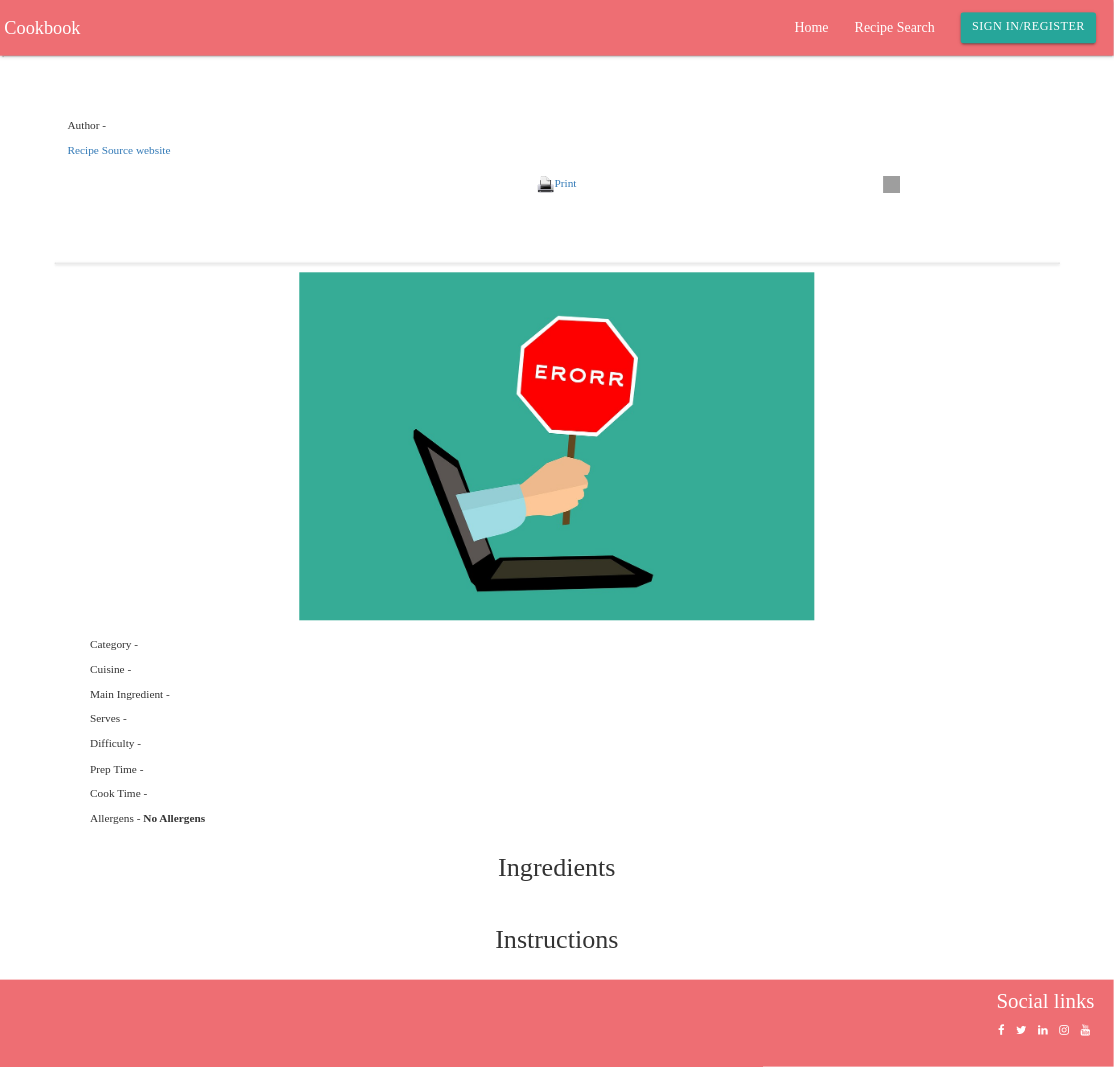
Repository: GrantMCA93/data-centric-dev-milestone-project
Page: templates/viewrecipe.html
The author's editor kept a record of every edit. The page is drawn from the files as they stood at one moment, then again after the next edit.
The browser window is 1280 px wide. The pictures show the whole page, at 87% of full size.
Pictures or frames that could not be fetched are drawn as grey boxes. Some web libraries are served in a nearby version. The template is drawn by Flask 3. The application's start-up code is not run. Other server files are loaded and not shown. The template is opened directly, without the code that normally fills it, so the values that code supplies are empty.

Above is the page before.

### templates/viewrecipe.html
{% extends 'base.html' %} {% block content %}
<div class="row">
    <div class="col-xs-12">

        <h3>{{recipe.recipe_name}}</h3>
        <p>Author - {{recipeauthor_name.username.title()}}</p>
        <a href="{{recipe.recipe_url}}">Recipe Source website </a>
    </div>
</div>
<!-- Print and Rate Recipe Features-->
<div class="row text-center utilities">
    {% if (recipe.author_name != session['userid']) and (session['isLoggedin'] == True)%}
    <!-- Recipe Rate Button -->
    <div class="col-xs-4">
        <form action="{{ url_for('update_vote', recipe_id=recipe._id) }}" method="POST" id="rateme" name="rateme">
            <button type="submit" title="Rate this recipe"><img
                                    src="{{ url_for('static', filename='img/recipes/likebutton.png')}}" style="height:20px; width:20px;" alt="Rate me">Rate</button>
        </form>
    </div>
    {% else %}
    <div class="col-xs-4"></div>
    {% endif %}
    <!-- Recipe Print Link -->
    <div class="col-xs-4">
        <a href="#" onclick="window.print();return false;" title="Print this recipe"><img
                                        src="{{ url_for('static', filename='img/recipes/print.png')}}" style="height:20px; width:20px;"  alt="Print"
                                        class="print">Print</a>
    </div>
    <!-- Recipe Votes Button -->
    <div class="col-xs-4">
        <img src="{{ url_for('static', filename='img/recipes/likebutton.png')}}" style="height:20px; width:20px;" alt="Rate me"><span id="vote_result">{{ recipe.votes }}</span>
    </div>
</div>

<!-- Rate Recipe Message -->
<div id="ratemeMessages" class="form-group mt-1 text-center" style="height:40px;"></div>
<!-- Recipe Information -->
<div class="row">
    <ul class="collapsible" data-collapsible="accordion">
        <div class="custommargin">
            <div class="col-xs-12">
                <!-- Recipe Image -->
                <div class="col-xs-12 imagepositionviewrecipe">
                    <img src="{{recipe.images}}" onerror="if (this.src != '/static/img/recipes/errorimage.jpg') this.src = '/static/img/recipes/errorimage.jpg';" style="max-width: 100%;height: auto;max-height: 400px;">
                </div>
            </div>
            <!-- Various Recipe Information  -->
            <div class="task_header col-xs-12">
                <br>
                <p>Category - <strong>{{recipe.recipe_category}}</strong></p>
                <p>Cuisine - <strong>{{recipe.cuisine}}</strong></p>
                <p>Main Ingredient - <strong>{{recipe.main_ingredient}}</strong></p>
                <p>Serves - <strong>{{recipe.serves}}</strong></p>
                <p>Difficulty - <strong>{{recipe.difficulty}}</strong></p>
                <p>Prep Time - <strong>{{recipe.prep_time}}</strong></p>
                <p>Cook Time - <strong>{{recipe.cook_time}}</strong></p>
                <p>Allergens - <strong>{% if recipe.allergens|length > 0 %}
                                                {% for allergens in recipe.allergens %}
                                                {{ allergens }}
                                                {% endfor %}
                                            {% else %}
                                                No Allergens
                                            {% endif %}</strong></p>
            </div>
            {% if session['isLoggedin'] and session['userid'] == recipe['author_name'] %}
            <div class="task_header col-xs-12" style="display: -webkit-inline-box;">
                <!-- Recipe Delete Button-->
                <form action="{{url_for('viewrecipe_delete_recipe', recipe_id=recipe._id)}}" method="POST" style="margin-right: 10px;">
                    <button type="submit" class="width100paddingbottom waves-effect waves-light btn btn_small ">Delete Recipe</button>
                </form>
                <!-- Recipe Edit Link -->
                <a href="{{url_for('edit_recipe', recipe_id=recipe._id)}}" class="width100paddingbottom waves-effect waves-light btn btn_small blue">Edit Recipe</a>
            </div>
            {% else %}
            <div></div>
            {% endif %}
            <!-- Recipe Ingredients -->
            <div class="task_header col-xs-12" id="myrecipes">
                <h2>Ingredients</h2>
                <div class="row" id="ingredients" style="text-align: center;">
                    {% if recipe.ingredients|length > 2 %} {% for ingredient_col in recipe.ingredients | slice(2) %}
                    <div class="col-xs-12 col-md-6">
                        <ul>
                            {% for ingredient in ingredient_col %}
                            <li>{{ingredient }}
                            </li>
                            {% endfor %}
                        </ul>
                    </div>
                    {% endfor %} {% endif %}
                </div>
            </div>
            <!-- Recipe Instructions -->
            <div class="task_header col-xs-12" id="instructions">
                <h2>Instructions</h2>
                <ol>
                    {% for instruct in recipe.instructions %}
                    <div class="instuctions-line">
                        <li>{{ instruct }}</li>
                    </div>
                    {% endfor %}
                </ol>
            </div>
        </div>
</ul>
</div>
</div>
{% endblock %}

### static/css/style.css
/*------ Font Size and styles for all pages ------*/
body{
    font-size: 13px !important;
    font-family: cursive !important;
}

ul{
    font-size: 13px !important;
}

h2{
   display: flex;
    justify-content: center;

}

/*------ Custom Button Parameters ------*/

.btn{
        padding: 6px 12px !important;
    padding-top: 6px !important;
    padding-right: 12px !important;
    padding-bottom: 6px !important;
    padding-left: 12px !important;
}



.btn_small{
    height: 24px;
    width: 60px;
    line-height: 24px;
    margin: 5px 5px;
    padding: 0 0.5em;
}

/*------ Custom Margins ------*/

.custommargin {
    margin: 10px 25px 10px 25px;
}


/*------ View Recipe Image Position ------*/

.imagepositionviewrecipe{
    display: flex;
    justify-content: center;
}


/*------ Navbar Link fonts ------*/

.desktopnavfont{
    font-size: 16px;
}

/*----- Override materialize modal styles -----*/
.modal {
     background-color: transparent;
     max-height: none;
     width: auto;
}

/*------ Custom Right amd left Margins ------*/

.marginrightleft5px{
    margin-left: 5px;
    margin-right: 5px;
}
 .marginrightleft10px{
     margin-left: 10px;
    margin-right: 10px;
 }

/*------ RECIPESEARCH page  Custom View Recipe Buttom ------*/

.viewrecipebutton{
    color: white;
}


.viewrecipebuttonmargin{
    margin-left: 15px;
    margin-right: 15px;
}


/*------ RECIPESEARCH page  remove dropdown menu second arrow  ------*/

.select-wrapper span.caret {
    color: initial;
    position: absolute;
    right: 0;
    top: 0;
    bottom: 0;
    height: 10px;
    margin: auto 0;
    font-size: 0px;
    line-height: 10px;
}



/*------ VIEWRECIPE page custom edit and recipe button  ------*/

.width100paddingbottom{
    width: 100%;
    padding-bottom: 24px !important;
}

/*------ MYRECIPES page keeps myrecipe information table inline on mobile devices  ------*/

@media (max-width: 992px){
.d-none {
    display: none!important;
}
}

/*------ MYRECIPES page center text within my recipe table  ------*/

.center-text{
    text-align: center!important;
}

/*------ MYRECIPES page center Buttoms within my recipe table  ------*/
@media (min-width: 992px){
.manage-recipe-buttons{
    display: flex;

    }
}

@media (max-width: 992px){
.manage-recipe-buttons{
    display: flex;
    margin-left: 25% !important;
    margin-right: 25% !important;

    }
}

/*------ Customized colour of rated heart symbol  ------*/

.fa-heart:before {
    color: red;
}

/*----- Homepage (index) background -----*/


.pizza-wallpaper {
  /*----- The image used -----*/
  background-image: url("/static/img/recipes/pizza-wallpaper.jpeg");

  /*----- Image height -----*/
  min-height: 500px;
    height: 80%;
  /*----- Center and scale the image nicely -----*/
  background-position: center;
  background-repeat: no-repeat;
  background-size: cover;
}

/*----- Homepage (index) background text size on large screens -----*/
@media (min-width: 768px){
.homepageheading {
    font-size: 40px;
    }
}

@media (min-width: 768px){
.homepageparagraph {
    font-size: 30px;
    }
}


/*----- Footer -----*/
.footer {
    bottom: 0;
    height: 100px;
    font-size: x-large;
    overflow: hidden;
    z-index: 110;
    position: inherit;
    background: #141414;
    padding: 12px 7px 10px;
    color: white;
    width: 100%;
    border: none;
    margin: 0px;
    background-color: #ee6e73;
    text-align: right;
}

.fa {
    display: inline-block;
    font: normal normal normal 14px/1 FontAwesome;
    font-size: inherit;
    text-rendering: auto;
    -webkit-font-smoothing: antialiased;
    -moz-osx-font-smoothing: grayscale;
}

.footer-icon-color{
 color: white;
}

.footer-icons-size{
    font-size: x-large !important;
}

Loaded but not shown: static/js/cookbookcustom_script.js (200 lines, source omitted); static/js/counter.js (19 lines, source omitted); templates/base.html (253 lines, source omitted)

After the next edit:
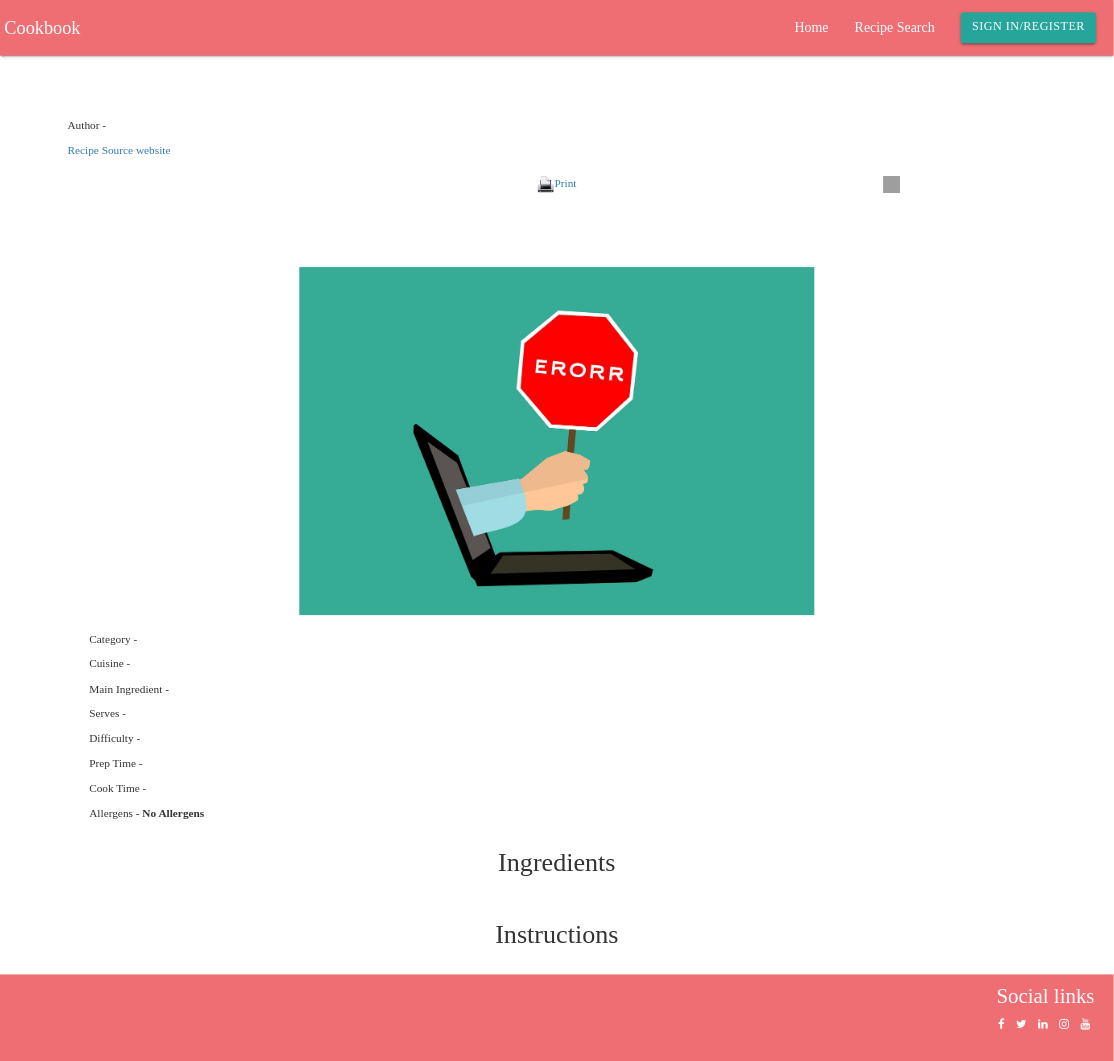
The edit:
--- a/templates/viewrecipe.html
+++ b/templates/viewrecipe.html
@@ -36,7 +36,6 @@
 <div id="ratemeMessages" class="form-group mt-1 text-center" style="height:40px;"></div>
 <!-- Recipe Information -->
 <div class="row">
-    <ul class="collapsible" data-collapsible="accordion">
         <div class="custommargin">
             <div class="col-xs-12">
                 <!-- Recipe Image -->
